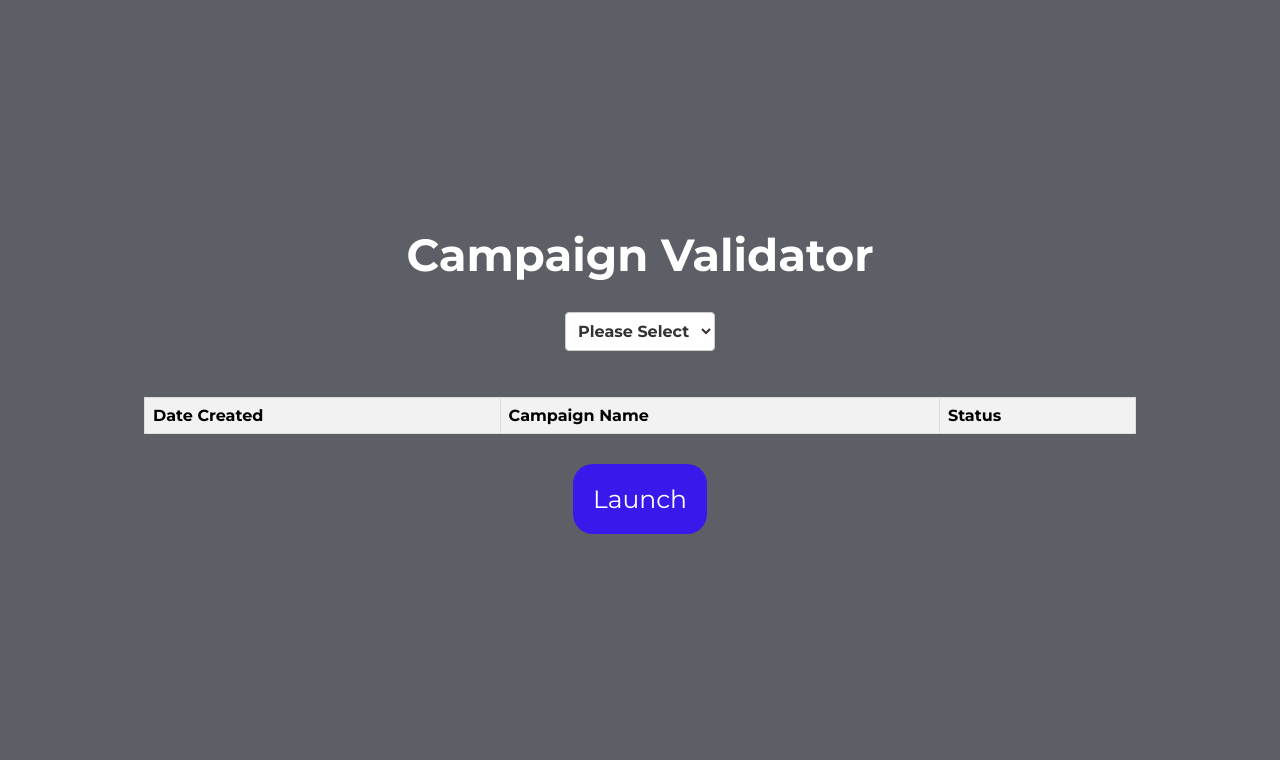
Repository: AbApin/project
Page: / (app in frontend/)
These files come from the project's save history. The page is drawn as it stood at one moment and after the next save; the edit follows.
The browser window is 1280 px wide. The pictures show the whole page.
The page's requests for data from a server got no answer. The project was rebuilt for these pictures with package versions that can differ from the ones it lists, and the page was loaded fresh each time. No one was signed in, and anything a server would have sent is missing. Also part of the build but not shown: frontend/vue.config.js.

Above is the page before, as saved 2023-02-22 11:17:15.

After the next save:
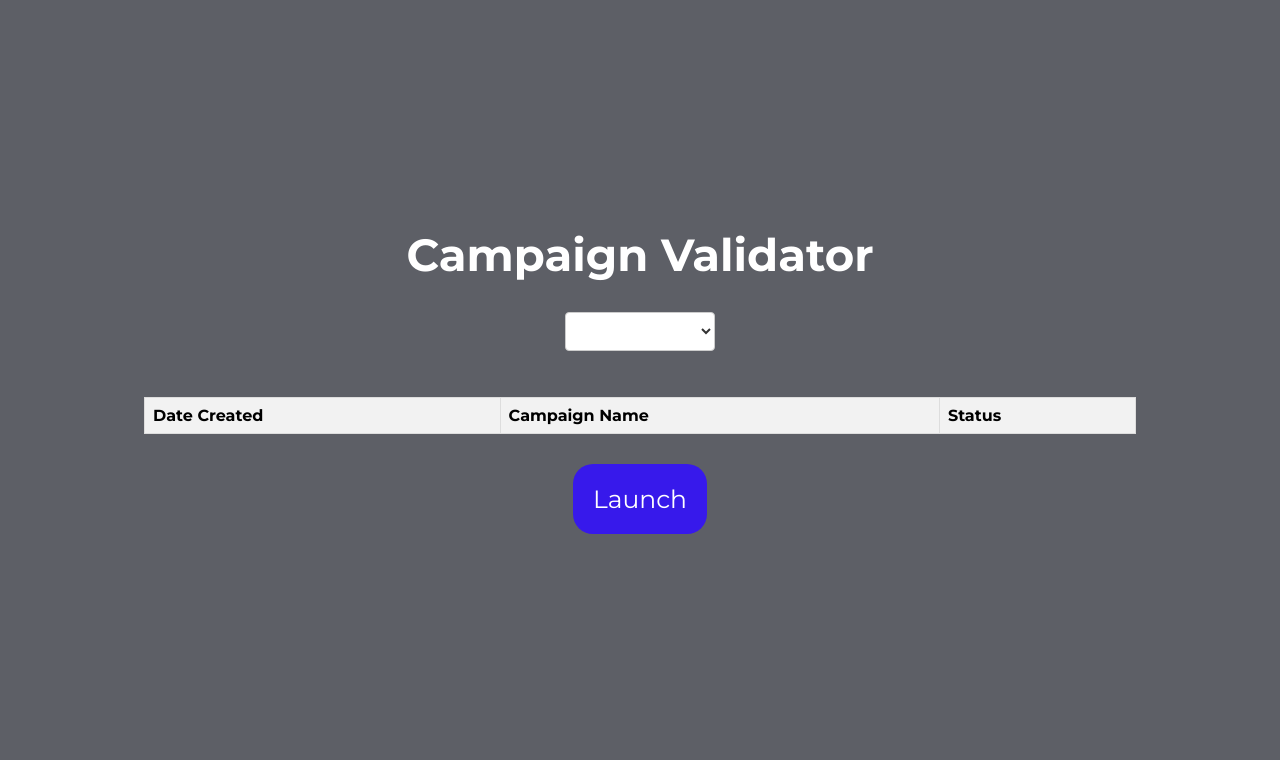
Saved 8 s later.
--- a/frontend/src/components/CampaignList.vue
+++ b/frontend/src/components/CampaignList.vue
@@ -16,7 +16,6 @@
 import axios from 'axios';
 
 export default {
-  props: ['campaignsList', 'selectedCampaign'],
   name: 'CampaignList',
   data() {
     return {

After the 5 saves that followed:
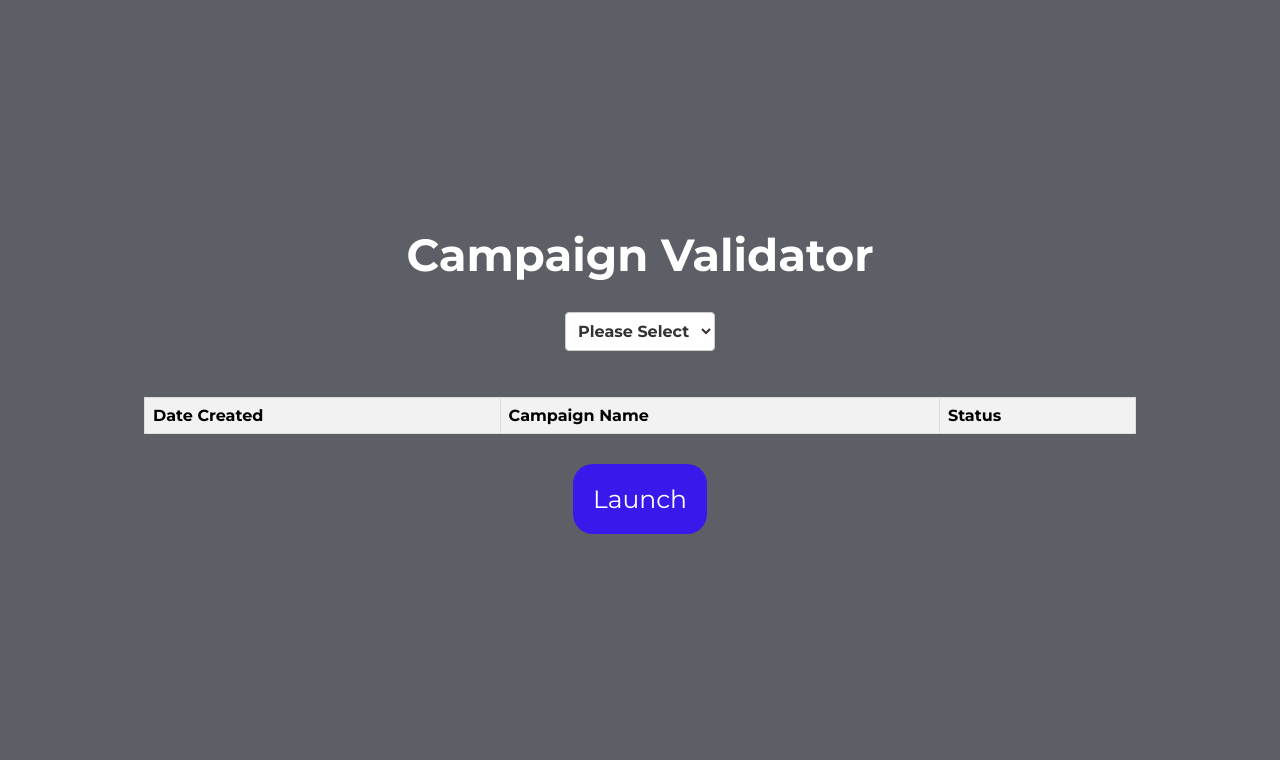
The 5 saves are shown as one change because 1 left the picture as it was and some came seconds apart.
The last was saved 28 s later.
--- a/frontend/src/App.vue
+++ b/frontend/src/App.vue
@@ -33,7 +33,6 @@ export default {
   name: 'App',
   data() {
     return {
-      selectedCampaign: '',
       tests: [],
     };
   },
--- a/frontend/src/components/CampaignList.vue
+++ b/frontend/src/components/CampaignList.vue
@@ -19,6 +19,7 @@
   name: 'CampaignList',
   data() {
     return {
+      selectedCampaign: '',
       campaigns: [],
     };
   },
